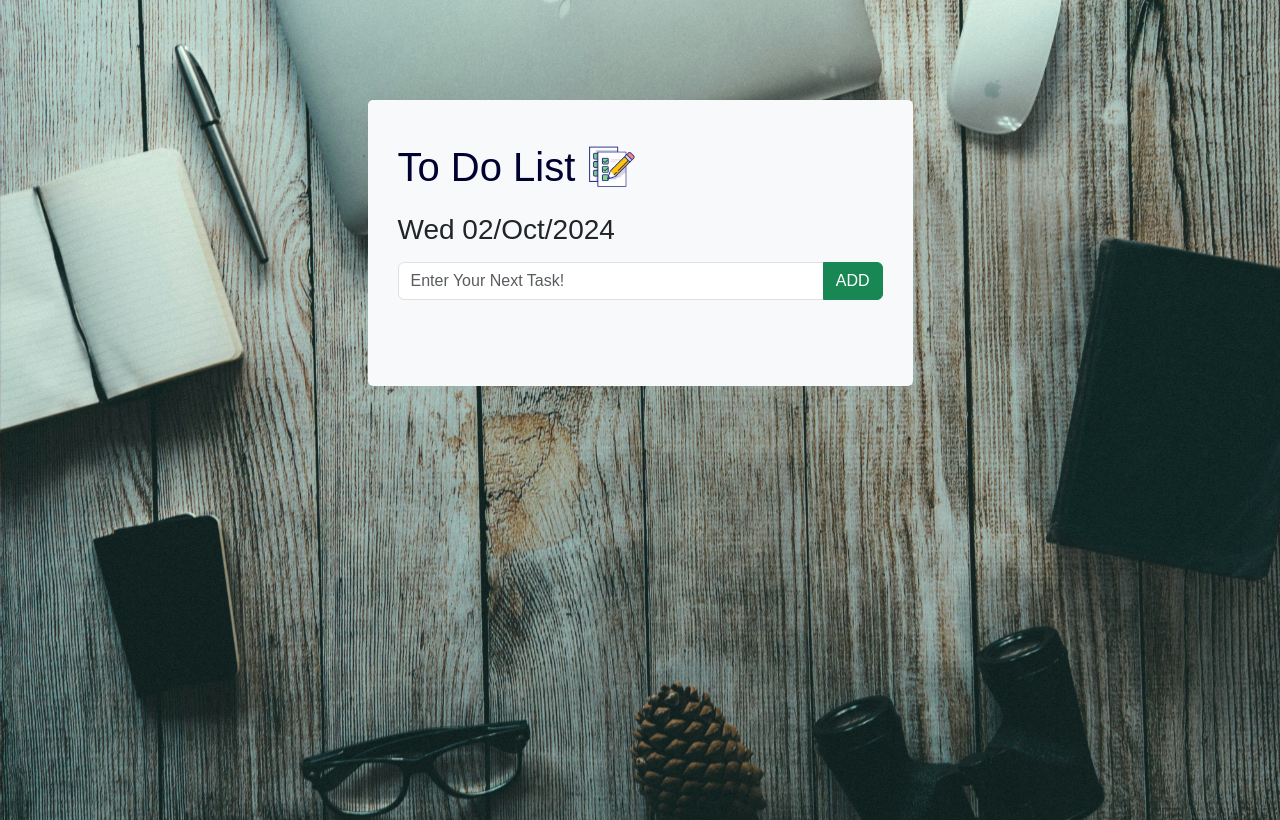
Repository: zeinawady/To_Do_List
Page: index.html
An editor plug-in stored every save of this project. The page is shown before and after the next save, followed by the edit.
The browser window is 1280 px wide. The pictures show the whole page.
Some web libraries are served in a nearby version.

Above is the page before, as saved 2024-10-02 02:47:57.

After the next save:
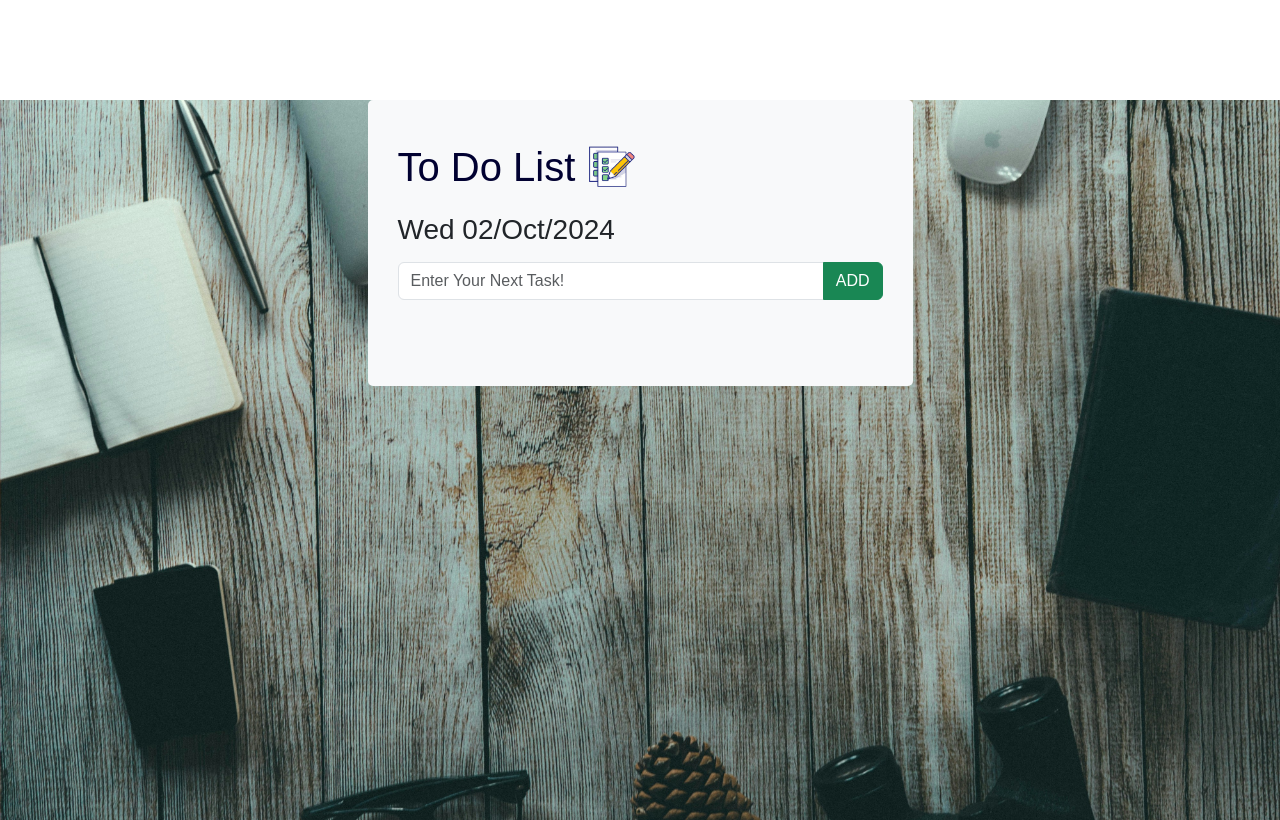
Saved 4 s later.
--- a/css/style.css
+++ b/css/style.css
@@ -12,7 +12,7 @@
 li {
     list-style: none;
 }
-body{
+.app{
     background-image: url(../images/background3.jpg);
     background-position: center;
     background-size: cover;
